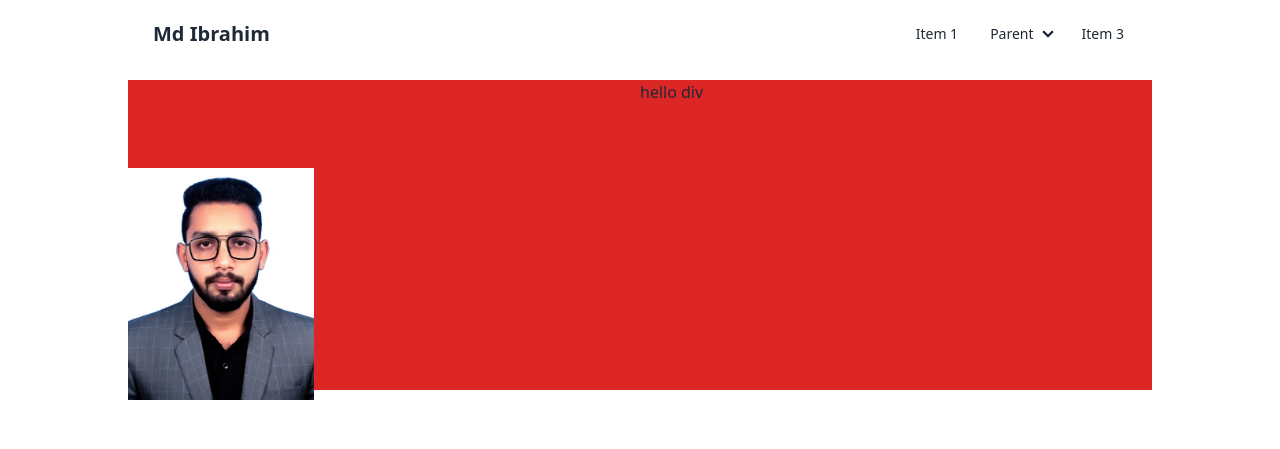
Repository: mdrubel02/portfilo
Page: /
The author's editor kept a copy of each file at every save. The page is drawn from the files as they stood at one save, then again after the next save.
The browser window is 1280 px wide. The pictures show the whole page.
The project was rebuilt for these pictures with package versions that can differ from the ones it lists, and the page was loaded fresh each time. Also part of the build but not shown: vite.config.js.

Above is the page before, as saved 2023-06-22 20:34:26.

After the next save:
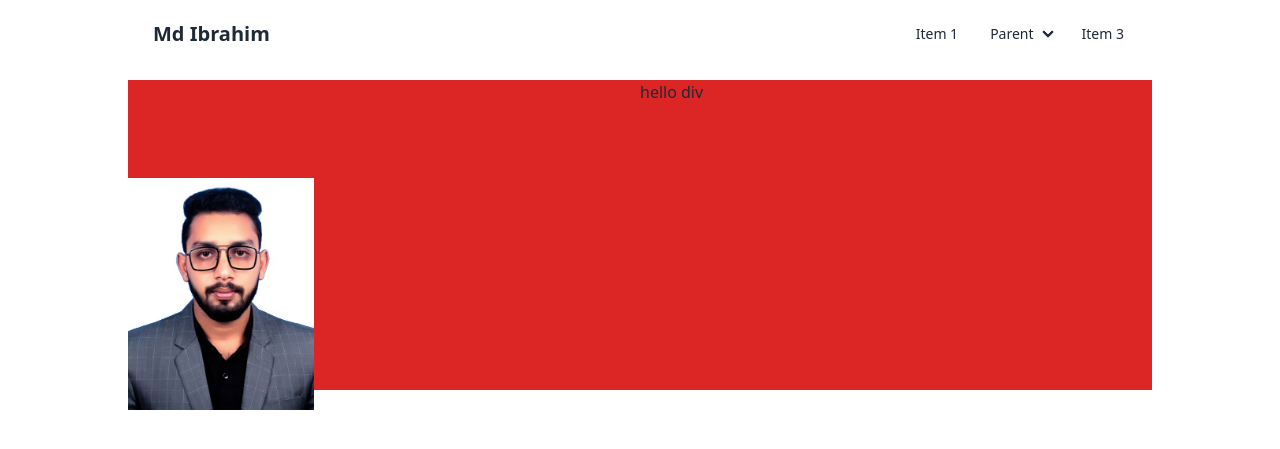
Saved 35 s later.
--- a/src/Pages/Home/Home.jsx
+++ b/src/Pages/Home/Home.jsx
@@ -8,7 +8,7 @@ const Home = () => {
                 <div className='flex'>
                     <div className='flex-1'>
                         <div class=" h-full">
-                            <img className='h-3/4 absolute bottom-[-10px] left-0' src={profile} alt="profile" />
+                            <img className='h-3/4 absolute bottom-[-20px] left-0' src={profile} alt="profile" />
                         </div>
                     </div>
 
